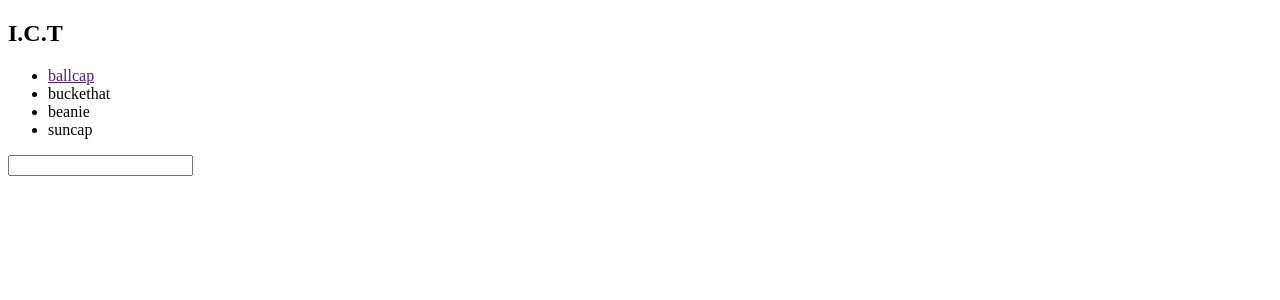
Repository: Developer120000/project1
Page: http://localhost/project1/productpage/ballcap.jsp
These files come from the project's save history. The page is drawn as it stood at one moment and after the next save; the edit follows.
The browser window is 1280 px wide. The pictures show the whole page.
The page is served by Tomcat 9.

Above is the page before, as saved 2024-03-13 13:46:33.

### project1/src/main/webapp/productpage/ballcap.jsp
<%@ page language="java" contentType="text/html; charset=UTF-8"
    pageEncoding="UTF-8"%>
<!DOCTYPE html>
<html>
<head>
<meta charset="UTF-8">
<title>Insert title here</title>
</head>
<body>
	<div>
		<header>
			<h2>I.C.T</h2>
			<ul>
				<li><a href="">ballcap</a></li>
				<li>buckethat</li>
				<li>beanie</li>
				<li>suncap</li>
			</ul>
				<input type="text" id="math" name="math" required>

		</header>
		<section>
		</section>
		<footer>
		</footer>
	</div>
</body>
</html>

After the next save:
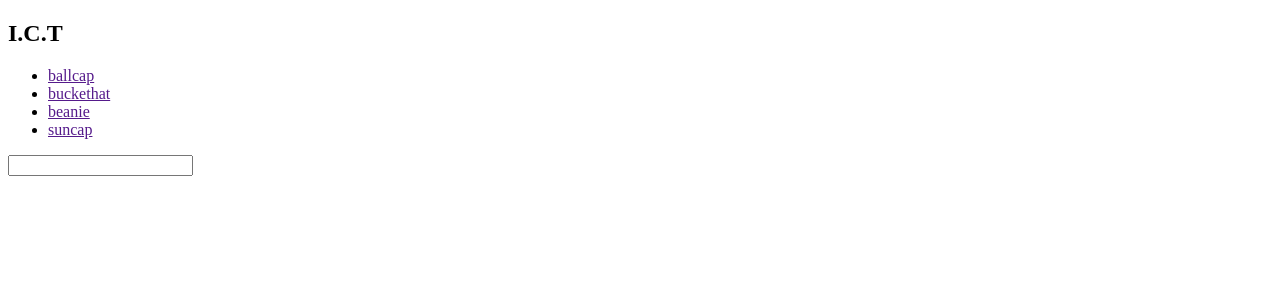
Saved 4 s later.
--- a/project1/src/main/webapp/productpage/ballcap.jsp
+++ b/project1/src/main/webapp/productpage/ballcap.jsp
@@ -12,9 +12,9 @@
 			<h2>I.C.T</h2>
 			<ul>
 				<li><a href="">ballcap</a></li>
-				<li>buckethat</li>
-				<li>beanie</li>
-				<li>suncap</li>
+				<li><a href="">buckethat</li>
+				<li><a href="">beanie</li>
+				<li><a href="">suncap</li>
 			</ul>
 				<input type="text" id="math" name="math" required>
 
